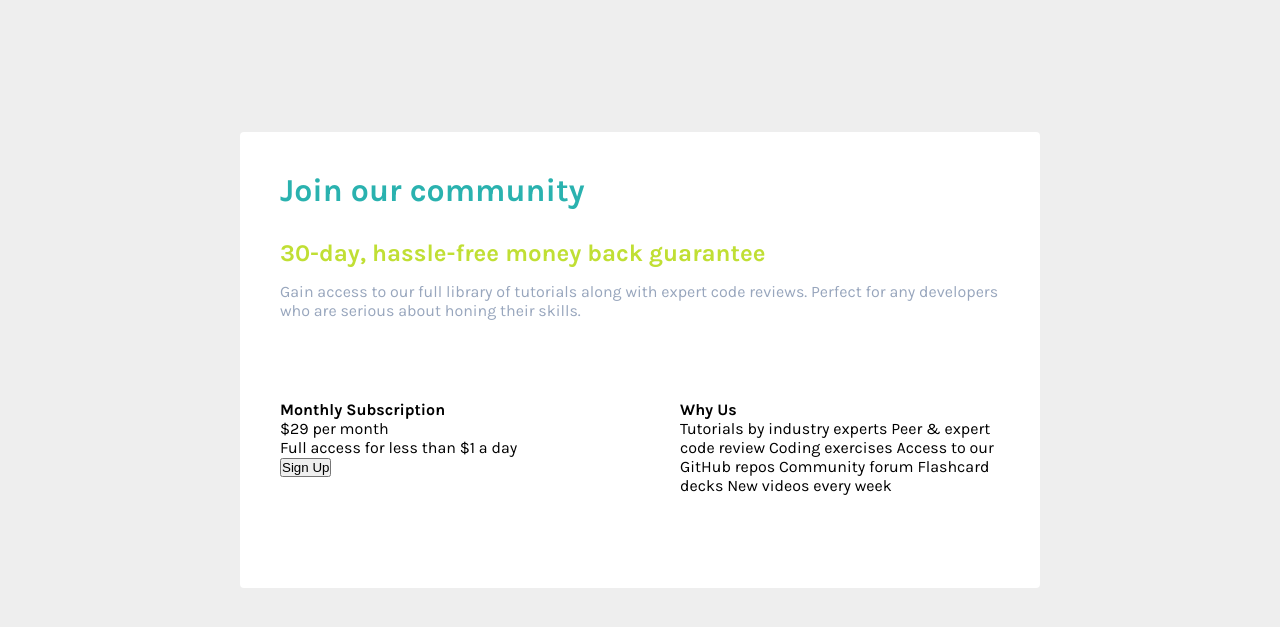
Repository: Akashiii1/WebSingleGrid_Day3
Page: index.html
The author's editor kept a copy of each file at every save. The page is drawn from the files as they stood at one save, then again after the next save.
The browser window is 1280 px wide. The pictures show the whole page.

Above is the page before, as saved 2021-12-22 01:04:25.

### index.html
<!DOCTYPE html>
<html lang="en">
  <head>
    <meta charset="UTF-8" />
    <meta name="viewport" content="width=device-width, initial-scale=1.0" />
    <!-- displays site properly based on user's device -->

    <link
      rel="icon"
      type="image/png"
      sizes="32x32"
      href="./images/favicon-32x32.png"
    />

    <title>Frontend Mentor | Single Price Grid Component</title>

    <!-- Feel free to remove these styles or customise in your own stylesheet 👍 -->
    <link rel="stylesheet" href="style.css" />
    <style>
      .attribution {
        font-size: 11px;
        text-align: center;
      }
      .attribution a {
        color: hsl(228, 45%, 44%);
      }
    </style>
  </head>
  <body>
    <!-- Join our community

  30-day, hassle-free money back guarantee

  Gain access to our full library of tutorials along with expert code reviews.
  Perfect for any developers who are serious about honing their skills.

  Monthly Subscription

  &dollar;29 per month

  Full access for less than &dollar;1 a day

  Sign Up

  Why Us

  Tutorials by industry experts
  Peer &amp; expert code review
  Coding exercises
  Access to our GitHub repos
  Community forum
  Flashcard decks
  New videos every week -->
    <div class="wrapper">
      <div class="container">
        <div class="box item1">
          <h1>Join our community</h1>
          <h3>30-day, hassle-free money back guarantee</h3>
          <p>
            Gain access to our full library of tutorials along with expert code
            reviews. Perfect for any developers who are serious about honing
            their skills.
          </p>
        </div>
        <div class="box item2">
          <h4>Monthly Subscription</h4>
          <span>&dollar;29 per month</span>
          <p>Full access for less than &dollar;1 a day</p>
          <button class="btn">Sign Up</button>
        </div>
        <div class="box item3">
          <h4>Why Us</h4>
          <p>
            Tutorials by industry experts Peer &amp; expert code review Coding
            exercises Access to our GitHub repos Community forum Flashcard decks
            New videos every week
          </p>
        </div>
      </div>
    </div>
    <!-- <footer>
    <p class="attribution">
      Challenge by <a href="https://www.frontendmentor.io?ref=challenge" target="_blank">Frontend Mentor</a>.
      Coded by <a href="#">Your Name Here</a>.
    </p>
  </footer> -->
  </body>
</html>

### style.css

@import url('https://fonts.googleapis.com/css2?family=Karla:wght@400;700&display=swap');
:root{
  --Cyan: hsl(179, 62%, 43%);
 --BrightYellow: hsl(71, 73%, 54%);
 --LightGray: hsl(204, 43%, 93%);
 --GrayishBlue: hsl(218, 22%, 67%);
}
html {
box-sizing: border-box;
}
*{
margin: 0;
padding: 0;
}
*,*:before,*:after {
box-sizing: border-box;
}
input,
textarea,
select,
button{
outline: none;
}
input{
line-height: normal;
}
label,
button{
cursor: pointer;
}
a {
text-decoration: none;
}
img {
display: block;
max-width: 100%;
}
body{
  font-family: 'Karla', sans-serif;
  display: flex;
  justify-content: center;
  align-items: center;
  min-height: 100vh;
  background-color: #eee;
}
.wrapper{
  max-width: 800px;
  background-color: #fff;
  border-radius: 4px;
  overflow: hidden;
}
.container{
  display: grid;
  grid-template-columns:1fr 1fr;
  grid-template-rows: 1fr 1fr;
  grid-template-areas:"it1 it1"
                      "it2 it3";
}
.item1{
  grid-area: it1;
}
.item2{
  grid-area: it2;

}
.item3{
  grid-area: it3;
}
.box{
  padding: 40px;
}
.item1 h1{
  font-size: 32px;
  color:var(--Cyan) ;
  margin-bottom: 30px;
}
.item1 h3{
  color: var(--BrightYellow);
  font-size: 24px;
  margin-bottom: 15px;
}
.item1 p{
  color: var(--GrayishBlue);
}

After the next save:
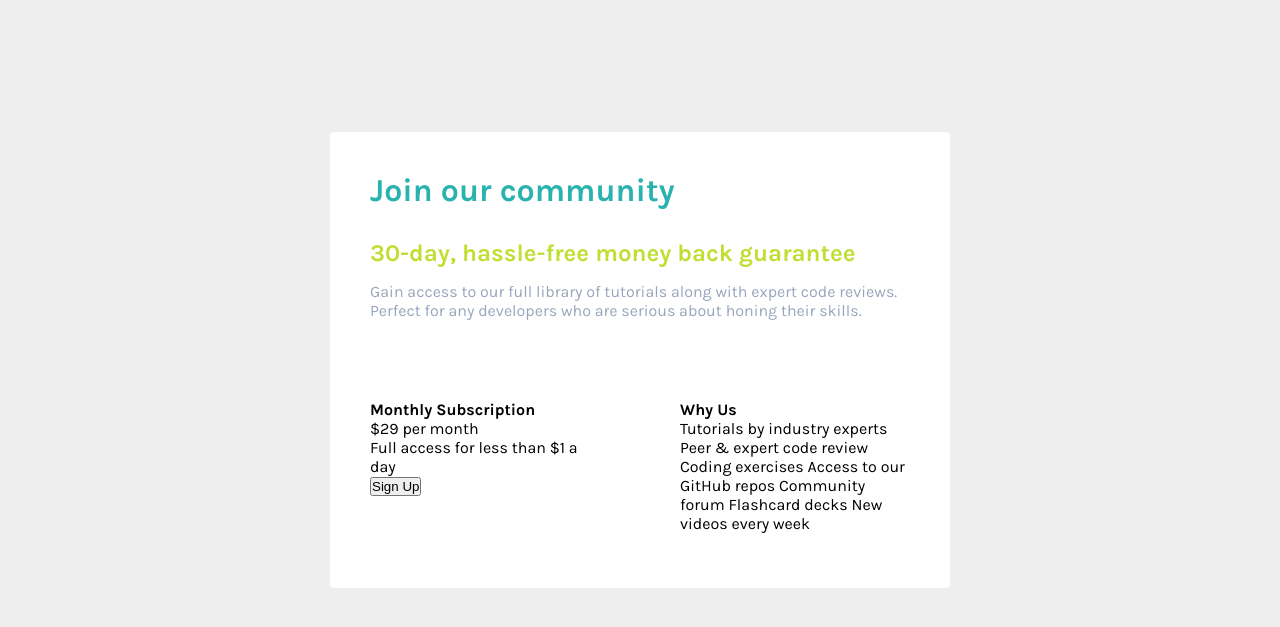
Saved 41 s later.
--- a/style.css
+++ b/style.css
@@ -45,7 +45,7 @@ body{
   background-color: #eee;
 }
 .wrapper{
-  max-width: 800px;
+  max-width: 620px;
   background-color: #fff;
   border-radius: 4px;
   overflow: hidden;
